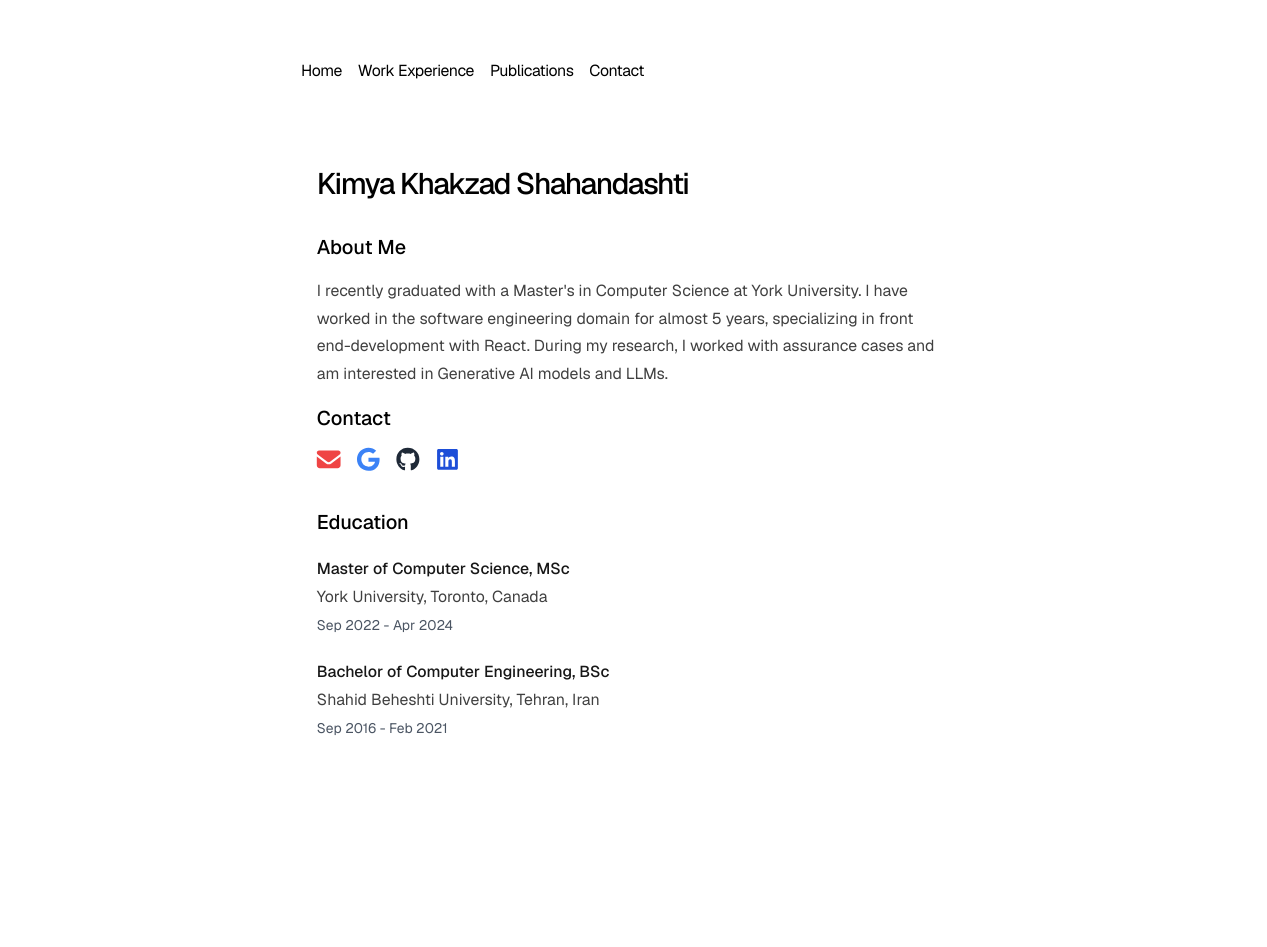
Repository: kimixz/kimixz.github.io
Page: /
The author's editor kept a copy of each file at every save. The page is drawn from the files as they stood at one save, then again after the next save.
The browser window is 1280 px wide. The pictures show the whole page, at 99% of full size.
The project was rebuilt for these pictures with package versions that can differ from the ones it lists, and the page was loaded fresh each time. Some packages were replaced by stand-ins written for this rebuild. The framework's server and built-in components were replaced by stand-ins that run in the browser. Also part of the build but not shown: next.config.mjs, app/blog/[slug]/sandpack.tsx.

Above is the page before, as saved 2024-07-28 19:03:15.

After the next save:
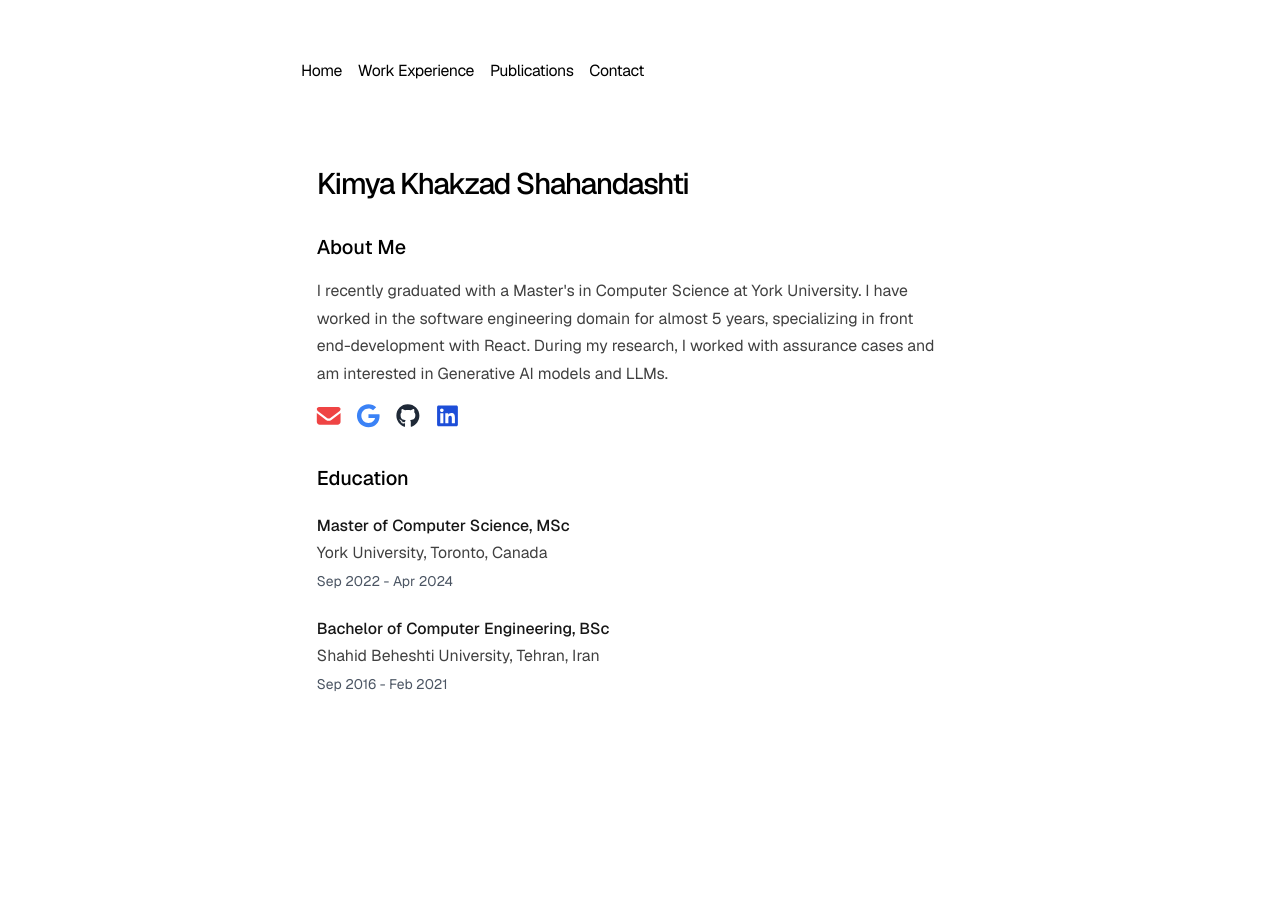
Saved 29 s later.
--- a/app/page.tsx
+++ b/app/page.tsx
@@ -14,7 +14,6 @@ export default function Page() {
           During my research, I worked with assurance cases and am interested in Generative AI models and LLMs.
         </p>
         <div className="mt-4">
-          <h2 className="font-medium text-xl mb-4">Contact</h2>
           <div className="flex space-x-4">
             <a href="mailto:kimya@yorku.ca" className="text-red-500">
               <FontAwesomeIcon icon={faEnvelope} className="h-6 w-6" />
